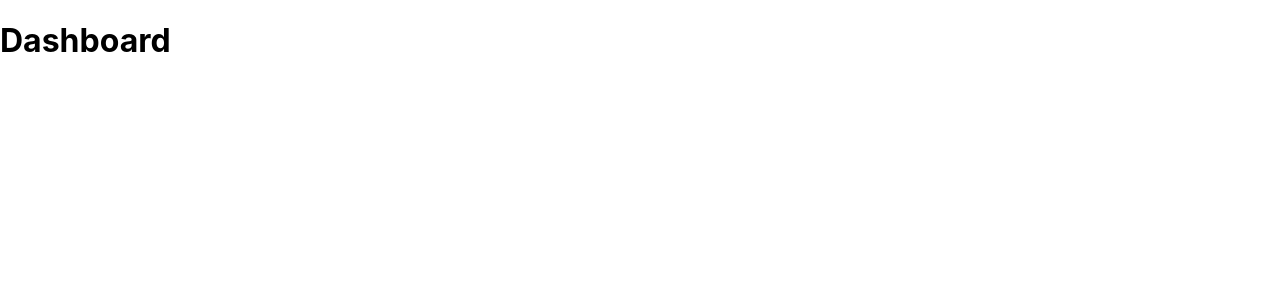
Repository: sashwanth-7/coursera-clone
Page: /dashboard
An editor plug-in stored every save of this project. The page is shown before and after the next save, followed by the edit.
The browser window is 1280 px wide. The pictures show the whole page.
The project was rebuilt for these pictures with package versions that can differ from the ones it lists, and the page was loaded fresh each time. Also part of the build but not shown: src/components/CourseCard.jsx, src/pages/Home.jsx, src/pages/CourseDetails.jsx, src/pages/Learning.jsx.

Above is the page before, as saved 2026-03-19 14:00:42.

After the next save:
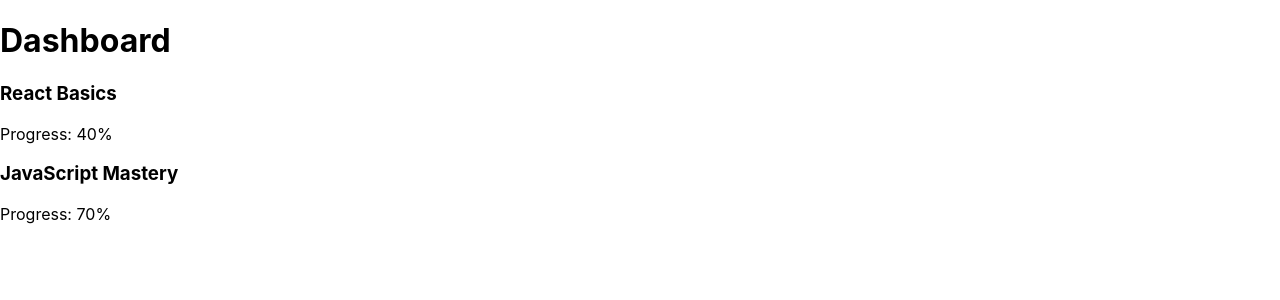
Saved 12 s later.
--- a/src/pages/Dashboard.jsx
+++ b/src/pages/Dashboard.jsx
@@ -1,5 +1,18 @@
+import { courses } from "../data/courses";
+
 function Dashboard() {
-  return <h1>Dashboard</h1>;
+  return (
+    <div>
+      <h1>Dashboard</h1>
+
+      {courses.map((course) => (
+        <div key={course.id}>
+          <h3>{course.title}</h3>
+          <p>Progress: {course.progress}%</p>
+        </div>
+      ))}
+    </div>
+  );
 }
 
 export default Dashboard;
